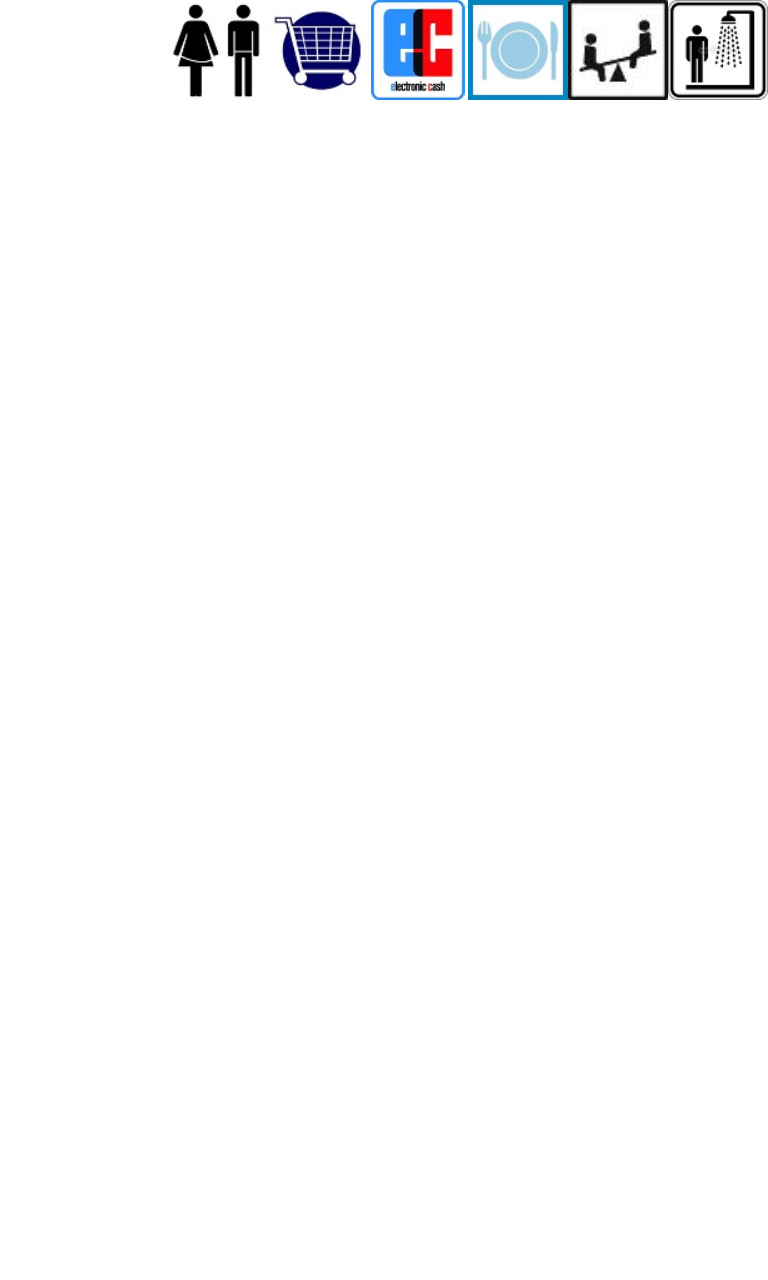
Repository: vinnare89/ASA
Layout: ASA/res/layout/list_item_layout.xml
An editor plug-in stored every save of this project. The layout is shown before and after the next save, followed by the edit.
It is drawn on a 768 x 1280 px phone screen (xhdpi) without system bars, with theme AppTheme; the app's code is not run.

Above is the layout before, as saved 2013-12-28 22:39:31.

### ASA/res/layout/list_item_layout.xml
<?xml version="1.0" encoding="utf-8"?>
<TableLayout xmlns:android="http://schemas.android.com/apk/res/android"
    android:layout_width="match_parent"
    android:layout_height="match_parent"
    android:stretchColumns="1" >

    <TableRow>

        <ImageView
            android:id="@+id/img"
            android:layout_width="50dp"
            android:layout_height="50dp" />

        <TextView
            android:id="@+id/txt"
            android:layout_width="wrap_content"
            android:layout_height="50dp" />

      <!--  <Button
            android:id="@+id/reserve"
            android:layout_width="wrap_content"
            android:layout_height="wrap_content"
            android:layout_gravity="right|center_vertical"
            android:minWidth="300dp" />
-->
        <ImageView
            android:id="@+id/toilette"
            android:layout_width="50dp"
            android:layout_height="50dp"
            android:layout_gravity="right|center_vertical"
            android:src="@drawable/toilette" />

        <ImageView
            android:id="@+id/shop"
            android:layout_width="50dp"
            android:layout_height="50dp"
            android:layout_gravity="right|center_vertical"
            android:src="@drawable/shop" />

        <ImageView
            android:id="@+id/ec"
            android:layout_width="50dp"
            android:layout_height="50dp"
            android:layout_gravity="right|center_vertical"
            android:src="@drawable/ec" />

        <ImageView
            android:id="@+id/imbiss"
            android:layout_width="50dp"
            android:layout_height="50dp"
            android:layout_gravity="right|center_vertical"
            android:src="@drawable/imbiss" />

        <ImageView
            android:id="@+id/spielplatz"
            android:layout_width="50dp"
            android:layout_height="50dp"
            android:layout_gravity="right|center_vertical"
            android:src="@drawable/spielplatz" />

        <ImageView
            android:id="@+id/dusche"
            android:layout_width="50dp"
            android:layout_height="50dp"
            android:layout_gravity="right|center_vertical"
            android:src="@drawable/dusche" />
    </TableRow>

</TableLayout>

Loaded but not shown: ASA/res/values/styles.xml (common file); ASA/res/values-v11/styles.xml (common file); ASA/res/values-v14/styles.xml (common file)

After the next save:
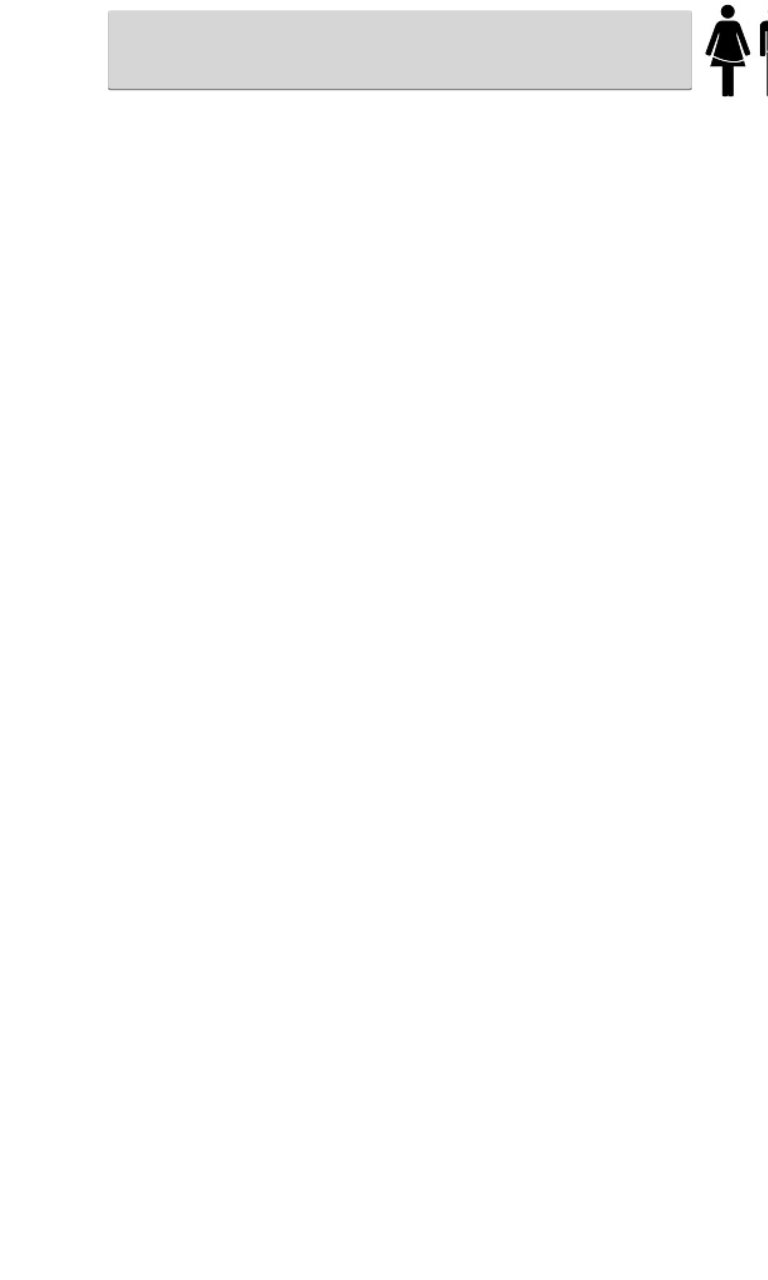
Saved 2 min 8 s later.
--- a/ASA/res/layout/list_item_layout.xml
+++ b/ASA/res/layout/list_item_layout.xml
@@ -16,13 +16,13 @@
             android:layout_width="wrap_content"
             android:layout_height="50dp" />
 
-      <!--  <Button
+       <Button
             android:id="@+id/reserve"
             android:layout_width="wrap_content"
             android:layout_height="wrap_content"
             android:layout_gravity="right|center_vertical"
             android:minWidth="300dp" />
--->
+
         <ImageView
             android:id="@+id/toilette"
             android:layout_width="50dp"
